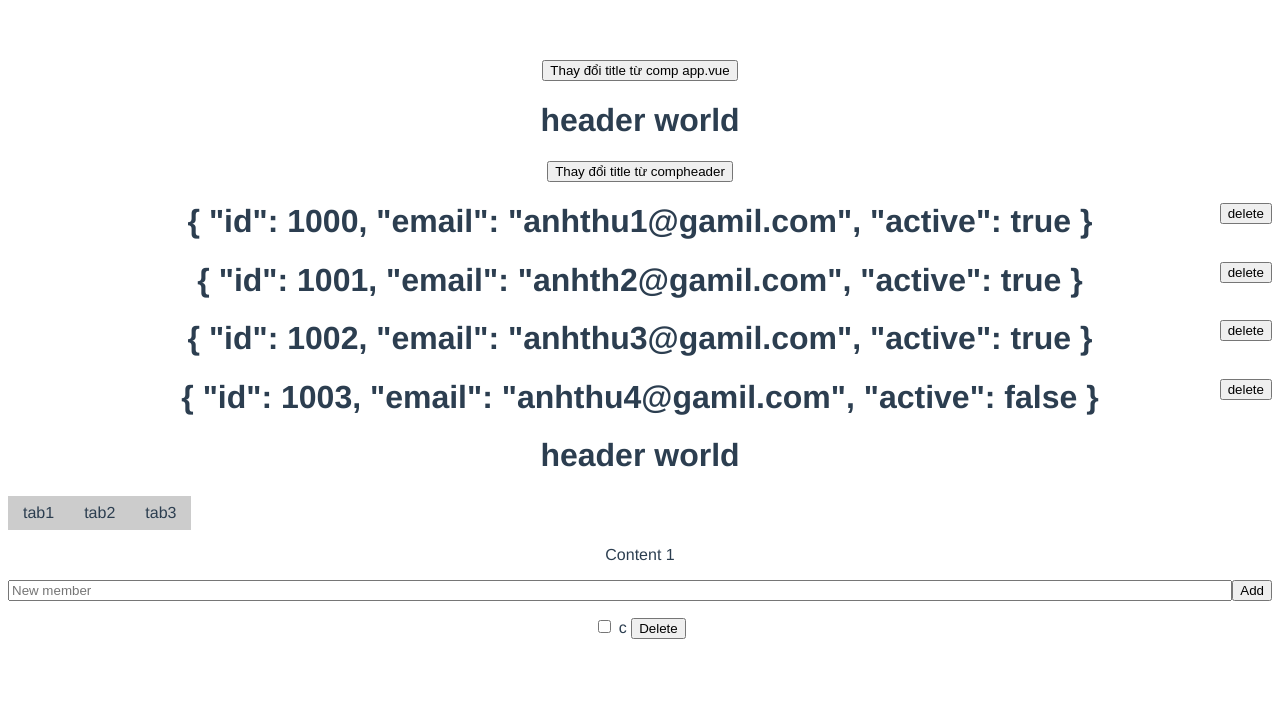
Repository: anhthu112/Todo-list
Page: /
These files come from the project's save history. The page is drawn as it stood at one moment and after a run of saves; the edit follows.
The browser window is 1280 px wide. The pictures show the whole page.
The project was rebuilt for these pictures with package versions that can differ from the ones it lists, and the page was loaded fresh each time. Requests to the local data server were answered from the project's data file. Also part of the build but not shown: vue.config.js.

Above is the page before, as saved 2024-01-31 13:45:38.

### src/App.vue
<template>
  <div class="container">
    <button v-on:click="title='Yoon Jeonghan'">Thay đổi title từ comp app.vue</button>
    <CompHeader v-bind:titles="title"
    v-on:changeTitleEvents="changeTitleEvent"
    />
    <ListUser v-bind:listUser="listUser"
    v-on:deleteEvent="handleDeleteUser"
    />
    <ComFooter v-bind:title="title"/>
    <DemoRef>
      <p>mệt quá em muốn về nhà</p>
    </DemoRef>
  </div>
  <CompTodo/>

</template>

<script>
import CompHeader from './components/CompHeader.vue';
import ComFooter from './components/ComFooter.vue';
import ListUser from './components/ListUser.vue';
import DemoRef from './components/DemoRef.vue';
import CompTodo from './components/CompTodo.vue'
export default {
  name: 'App',
  data(){
    return {
      title:'header world',
      listUser : [
        {id:1000, email:'anhthu1@gamil.com', active: true},
        {id:1001, email:'anhth2@gamil.com', active: true},
        {id:1002, email:'anhthu3@gamil.com', active: true},
        {id:1003, email:'anhthu4@gamil.com', active: false}
      ],

      textSvt: "Seventen",
    }
  },
  components: {
    CompHeader,
    ComFooter,
    ListUser,
    DemoRef,
    CompTodo,
},
  methods:{
    changeTitleEvent(){
      console.log('sucess');
      this.title="Hello Anna";
    },
    handleDeleteUser(data) {
  console.log('mit moi', data);
  this.listUser = this.listUser.filter(a => a.id !== data.id);
  console.log(this.listUser);
}

  }
}
</script>

<style>
#app {
  font-family: Avenir, Helvetica, Arial, sans-serif;
  -webkit-font-smoothing: antialiased;
  -moz-osx-font-smoothing: grayscale;
  text-align: center;
  color: #2c3e50;
  margin-top: 60px;
}
</style>

### src/components/CompHeader.vue
<template>
    <header>
        <h1>{{ titles }}</h1>
    </header>
    <button v-on:click="changeHeader">Thay đổi title từ compheader</button>
</template>
<script>
    export default{
        name: 'comp-header',
        props:{
            titles: String,
        },
        data (){
            return {
            }
        },
        methods:{
            changeHeader(){
                console.log('before');
                this.$emit('changeTitleEvents');
                console.log('after');
            }
        }
    }
</script>

### src/components/ComFooter.vue
<template>
    <footer>
            <h1>{{ title }}</h1>
    </footer>

</template>
<script>
    export default{
        name: 'comp-footer',
        props: {
            title: String,
        }
    }
</script>

### src/components/ListUser.vue
<template>
    <div class="list-user">
      <User v-for="users in listUser" v-bind:key="users.id" v-bind:user="users"
      v-on:deleteUsert="deleteUser"
       />
      <h2> {{ text }}</h2>
    </div>
</template>

  <script>
  import User from './User.vue';
  export default {
    name: 'ListUser',
    props: {
      listUser: {
        type: Array,
      },
      text: {
        type: String,
      }
    },
    components: {
      User,
    },
    methods:{
      deleteUser(data){
        this.$emit('deleteEvent', data)
        console.log('delete trong listuser',data)
      }
    }
  };
  </script>

### src/components/DemoRef.vue
<template>
    <CompTask>
        <ul class='tabs-header'>
            <li v-for="(item,index) in tabsHeader"
            v-bind:key="index"
            v-on:click="changeTab(index)"
            v-bind:class="{active: tabActive==index}"
            >{{ item.text }}</li>
        </ul>
        <div class="tab-content tab1" v-if="tabActive === 0">
            <p>Content 1</p>
        </div>
        <div class="tab-content tab2"  v-if="tabActive === 1">
            <p>Content 2</p>
        </div>
        <div class="tab-content tab3"  v-if="tabActive === 2">
            <p>Content 3</p>
        </div>
    </CompTask>
</template>

<script>
import CompTask from './CompTask.vue'
export default {
    name: 'demo-slot',
    components: {
        CompTask
    },
    data(){
        return {
            tabsHeader:[
                {text: 'tab1'},
                {text: 'tab2'},
                {text: 'tab3'},

            ],
            tabActive : 0
        }
    },
    methods: {
            changeTab(index){
                this.tabActive=index;
            }
        }
}
</script>
<style>
    .active{
        background: #000;
    }
</style>

### src/components/CompTodo.vue
<template>
    <div>
        <AddTodo @add-todo="addTodo" />
        <TodoItem
            v-for="todoItem in todo"
            :key="todoItem.id"
            :todoProps="todoItem"
            @item-complete="markComplete"
            @deleteItem="deleteItem(todoItem.id)"
        />
    </div>
</template>

<script>
import TodoItem from './TodoItem.vue';
import AddTodo from './AddTodo.vue';
import axios from 'axios';

export default {
    name: 'ToDo',
    data() {
        return {
            todo: []
        };
    },
    methods: {
        async getAlltodo() {
            try {
                const res = await axios.get('http://localhost:3000/posts');
                this.todo = res.data;
                console.log(res.data);
            } catch (err) {
                console.log(err);
            }
        },
        markComplete(todoItem) {
            console.log(todoItem);
            todoItem.completed = !todoItem.completed;
            console.log(todoItem.completed);
        },
        async deleteItem(itemId) {
            try {
                await axios.delete(`http://localhost:3000/posts/${itemId}`);
                console.log(`Item ${itemId} deleted.`);
                this.todo = this.todo.filter(item => item.id !== itemId);
            } catch (err) {
                console.log(err);
            }
        },
        async addTodo(newTodo) {
            try {
                const res = await axios.post('http://localhost:3000/posts', newTodo);
                console.log("New todo added:", res.data);
                this.todo.push(res.data);
            } catch (err) {
                console.log(err);
            }
        }
    },
    mounted() {
        this.getAlltodo();
    },
    components: {
        TodoItem,
        AddTodo,
    },
};
</script>

<style>
</style>

### src/components/User.vue
<template>
    <div class="user">
        <h1>{{ user }}</h1>
        <button class="delete"
        v-on:click="handleDelete"
        >delete</button>
    </div>
</template>
<script>
    export default {
        name: 'userComponent',
        props:{
            user : {
                type: Object,
            }
        },
        methods:{
            handleDelete(){
                var data ={
                    id: this.user.id
                }
                console.log('hello');
                this.$emit('deleteUsert',data)
            }
        },
        data (){
            return {

            }
        }
    }
</script>
<style>
    .user{
        position: relative;
    }
    .delete{
        position: absolute;
        top:0;
        right:0;
    }
</style>

### src/components/CompTask.vue
<template>
    <h1>{{ title }}</h1>
    <slot></slot>
</template>

<script>
export default {
    name: 'comp-task',
    props:{
        title: String,
    },
    data (){
        return {

        }
    },
    methods: {

    }
}
</script>

<style>
    .tabs-header{
        margin:0;
        padding:0;
        display:flex;
        list-style: none;
    }
    .tabs-header li{
        padding: 8px 15px;
        background: #ccc;
        cursor: pointer;
    }
    .tabs-header li:hover{
        background: #333;
        color:#fff;
    }
</style>

### src/components/TodoItem.vue
<template>
    <p :class="['todo-item', todoProps.completed ? 'is-complete' : '']">
      <input type="checkbox" :checked="todoProps.completed" v-on:change="markItemCompleted"/>
      {{ todoProps.title }}
      <button v-on:click="deleteItem" class="btn-delete">Delete</button>
    </p>
  </template>

  <script>
  export default {
      name: 'todo-item',
      data (){
        return {
          // checkMark: this.todoProps.completed,
        }
      },
      props: ['todoProps'],
      methods:{
        markItemCompleted(){
          this.$emit('item-complete',this.todoProps);
        },
        deleteItem(){
          this.$emit('deleteItem', this.todoProps);
        }
      }

  }
  </script>

  <style>
  .todo-item {
  }

  .is-complete {
      text-decoration: line-through;
  }
  </style>

### src/components/AddTodo.vue
<template>
    <form @submit.prevent="addItem">
      <input type="text" placeholder="New member" v-model="title" @input="check" class="input">
      <input type="submit" value="Add" class="add-btn">
    </form>
  </template>

  <script>
  import { ref } from 'vue';
  import { v4 as uuidv4 } from 'uuid';

  export default {
    name: 'AddTodo',
    setup(props, context) {
      const title = ref('');

      const check = () => {
        console.log(title.value);
      };

      const addItem = event => {
        event.preventDefault();
        const newItem = {
          id: uuidv4(), // Sử dụng uuidv4 từ 'uuid' thay vì 'uuidv4' từ 'uuidv4'
          title: title.value,
          completed: false
        };
        context.emit('add-todo', newItem);
        title.value = '';
      };

      return {
        title,
        check,
        addItem,
      };
    },
  };
  </script>

  <style>
  form {
    display: flex;
  }

  .input[type=text] {
    flex: 10;
  }
  </style>

### db.json
{
  "posts": [
    {
      "id": "487a21aa-0c37-458f-a4a2-1da914d3799c",
      "title": "c",
      "completed": false
    }
  ]
}

### src/components/Navbar.vue
<template>
    <nav>
        <ul class="nav-link">
            <li>Home</li>
            <li>Product</li>
            <li>About</li>
        </ul>
    </nav>
</template>

<script>
export default {
    name: 'Navbar'
}
</script>

<style scoped>
    nav{
        background: #333;
        color: #fff;
        text-align: center;
        padding: 10px;
    }
    .nav ul.nav-link{
        display:flex;
        justify-content: space-around;
        align-items: center;
        list-style: none;
    }
</style>

Loaded but not shown: public/index.html (common file); src/main.js (common file)

After the next 3 saves:
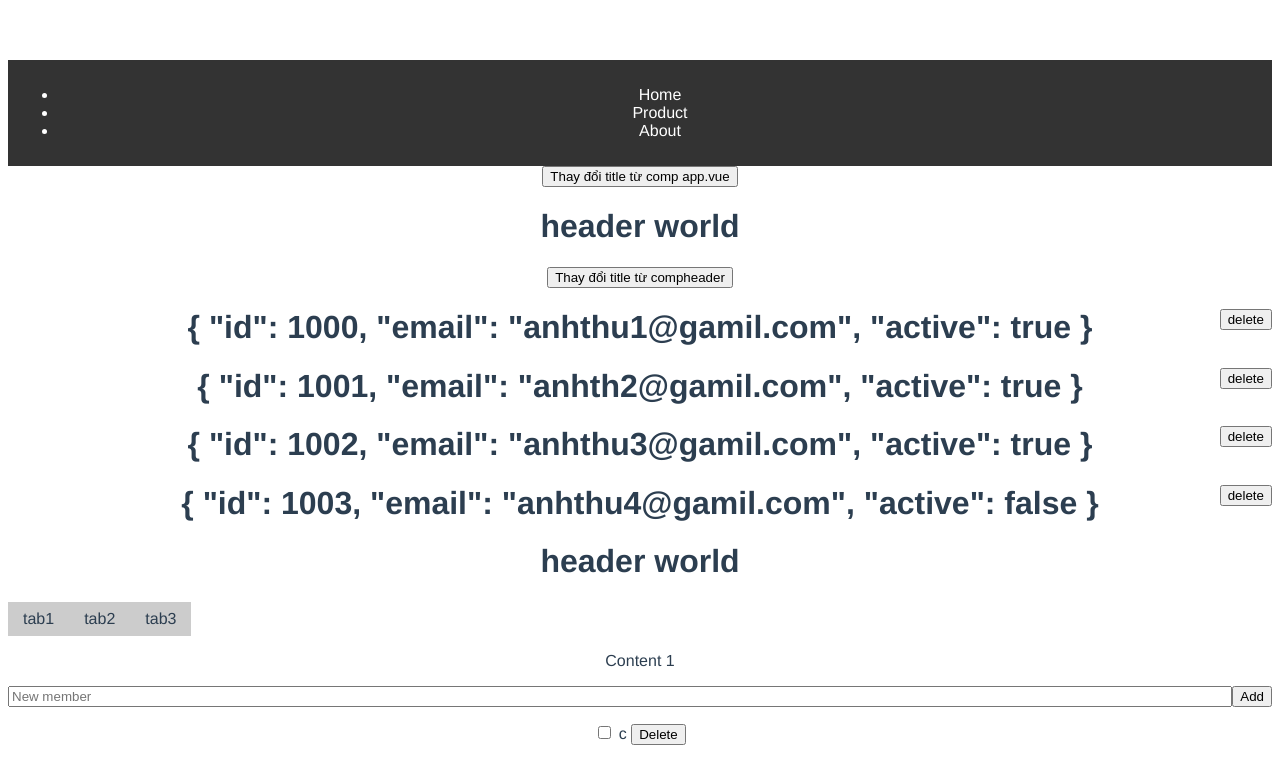
The 3 saves are shown as one change because 2 did not build or start.
The last was saved 108 s later.
--- a/src/App.vue
+++ b/src/App.vue
@@ -1,5 +1,6 @@
 <template>
   <div class="container">
+    <Navbar/>
     <button v-on:click="title='Yoon Jeonghan'">Thay đổi title từ comp app.vue</button>
     <CompHeader v-bind:titles="title"
     v-on:changeTitleEvents="changeTitleEvent"
@@ -21,7 +22,9 @@
 import ComFooter from './components/ComFooter.vue';
 import ListUser from './components/ListUser.vue';
 import DemoRef from './components/DemoRef.vue';
-import CompTodo from './components/CompTodo.vue'
+import CompTodo from './components/CompTodo.vue';
+import Navbar from './components/Navbar.vue'
+
 export default {
   name: 'App',
   data(){
@@ -43,6 +46,7 @@
     ListUser,
     DemoRef,
     CompTodo,
+    Navbar,
 },
   methods:{
     changeTitleEvent(){

After the 3 saves that followed:
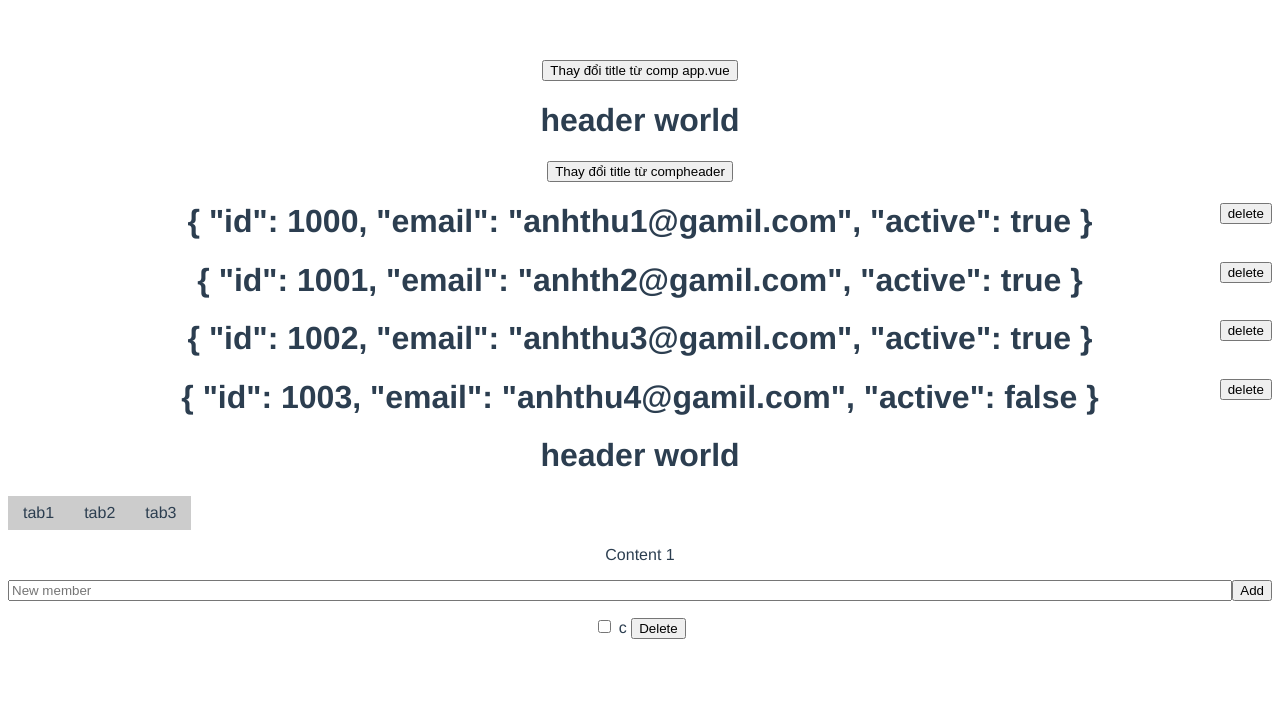
The 3 saves are shown as one change because 2 left the picture as it was.
The last was saved 111 s later.
--- a/src/App.vue
+++ b/src/App.vue
@@ -1,6 +1,5 @@
 <template>
   <div class="container">
-    <Navbar/>
     <button v-on:click="title='Yoon Jeonghan'">Thay đổi title từ comp app.vue</button>
     <CompHeader v-bind:titles="title"
     v-on:changeTitleEvents="changeTitleEvent"
@@ -23,7 +22,6 @@
 import ListUser from './components/ListUser.vue';
 import DemoRef from './components/DemoRef.vue';
 import CompTodo from './components/CompTodo.vue';
-import Navbar from './components/Navbar.vue'
 
 export default {
   name: 'App',
@@ -46,7 +44,6 @@
     ListUser,
     DemoRef,
     CompTodo,
-    Navbar,
 },
   methods:{
     changeTitleEvent(){
